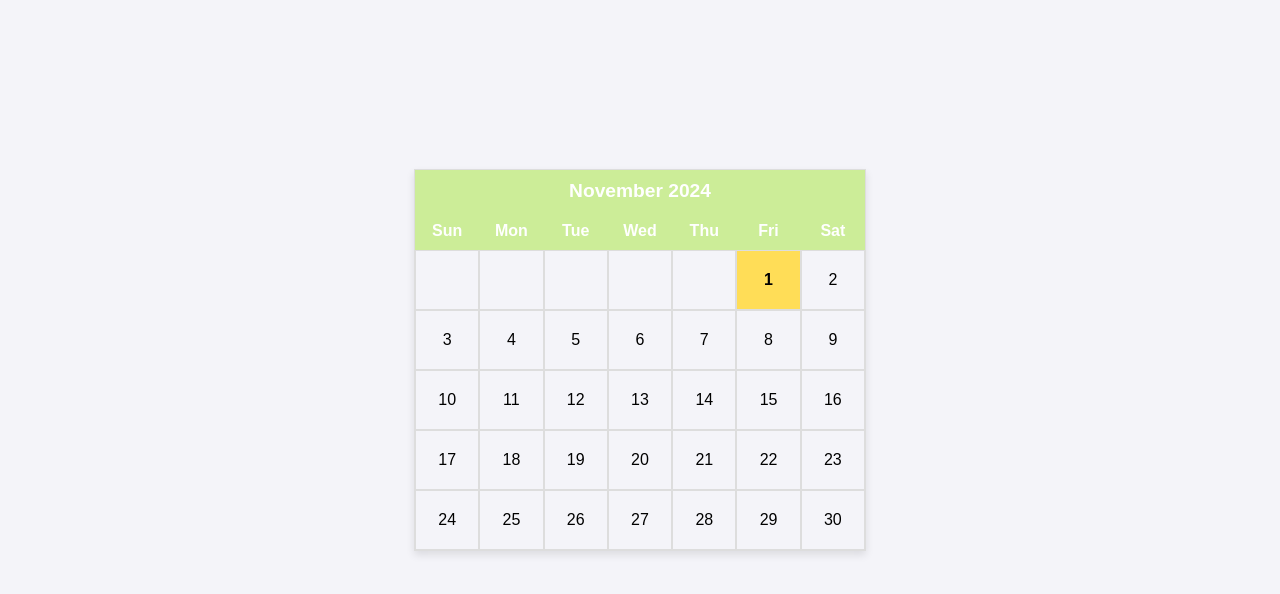
Repository: carrascokarencb37-afk/Nuura
Page: html/calendario.html
An editor plug-in stored every save of this project. The page is shown before and after a run of saves, followed by the edit.
The browser window is 1280 px wide. The pictures show the whole page.

Above is the page before, as saved 2026-05-28 23:25:36.

After the next 3 saves:
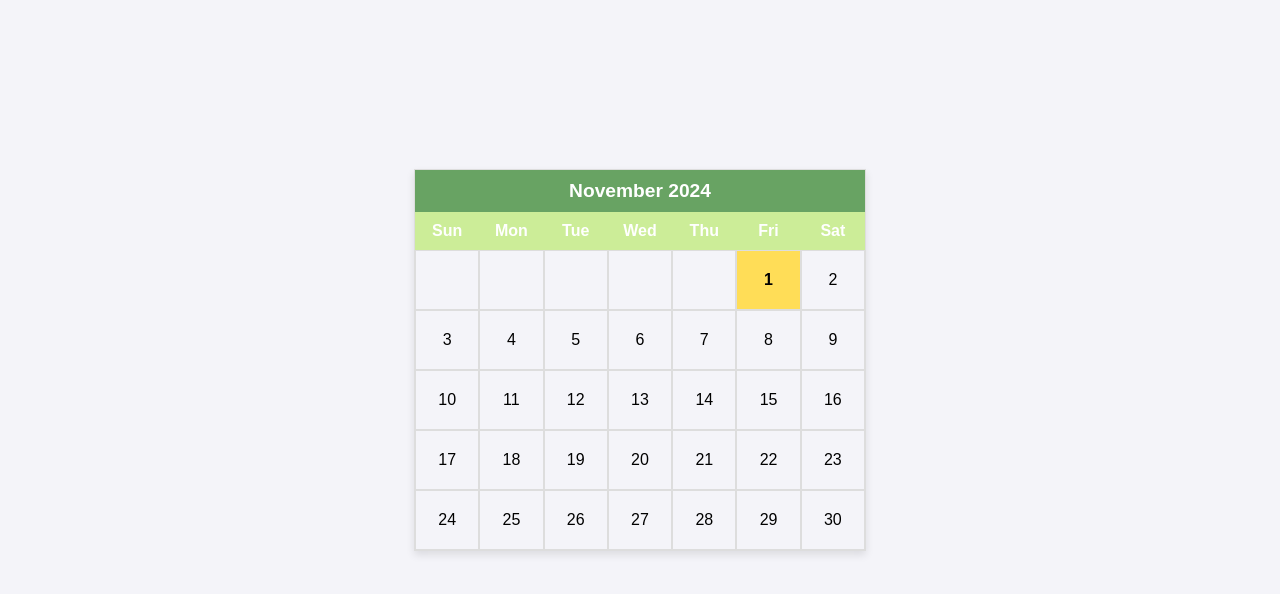
The 3 saves are shown as one change because they came seconds apart.
The last was saved 11 s later.
--- a/css/cale.css
+++ b/css/cale.css
@@ -20,7 +20,7 @@
         /* Calendar header styling */
         .calendar-header {
             text-align: center;
-            background-color: #cbee93f1;
+            background-color: #619f5af1;
             color: white;
             padding: 10px;
             font-size: 1.2em;
